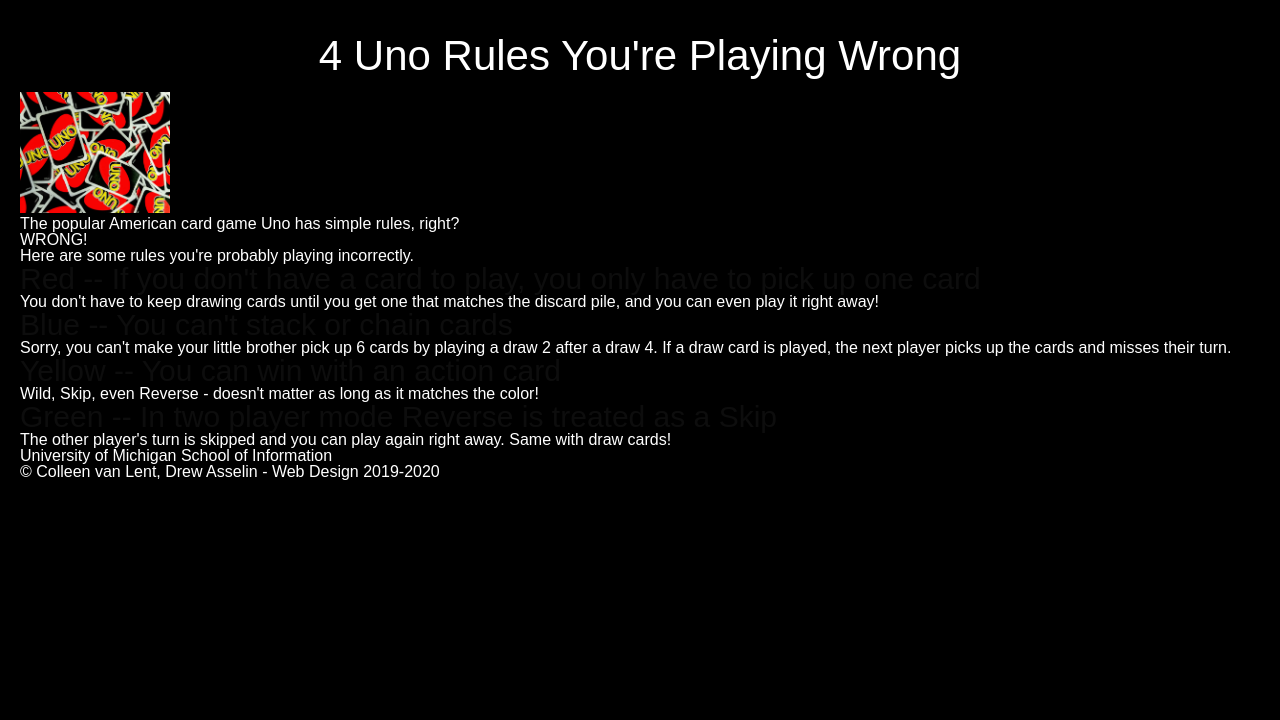
Repository: lulyany/hw2-2023
Page: index.html
The author's editor kept a copy of each file at every save. The page is drawn from the files as they stood at one save, then again after a run of saves.
The browser window is 1280 px wide. The pictures show the whole page.

Above is the page before, as saved 2023-09-18 22:13:21.

After the next 8 saves:
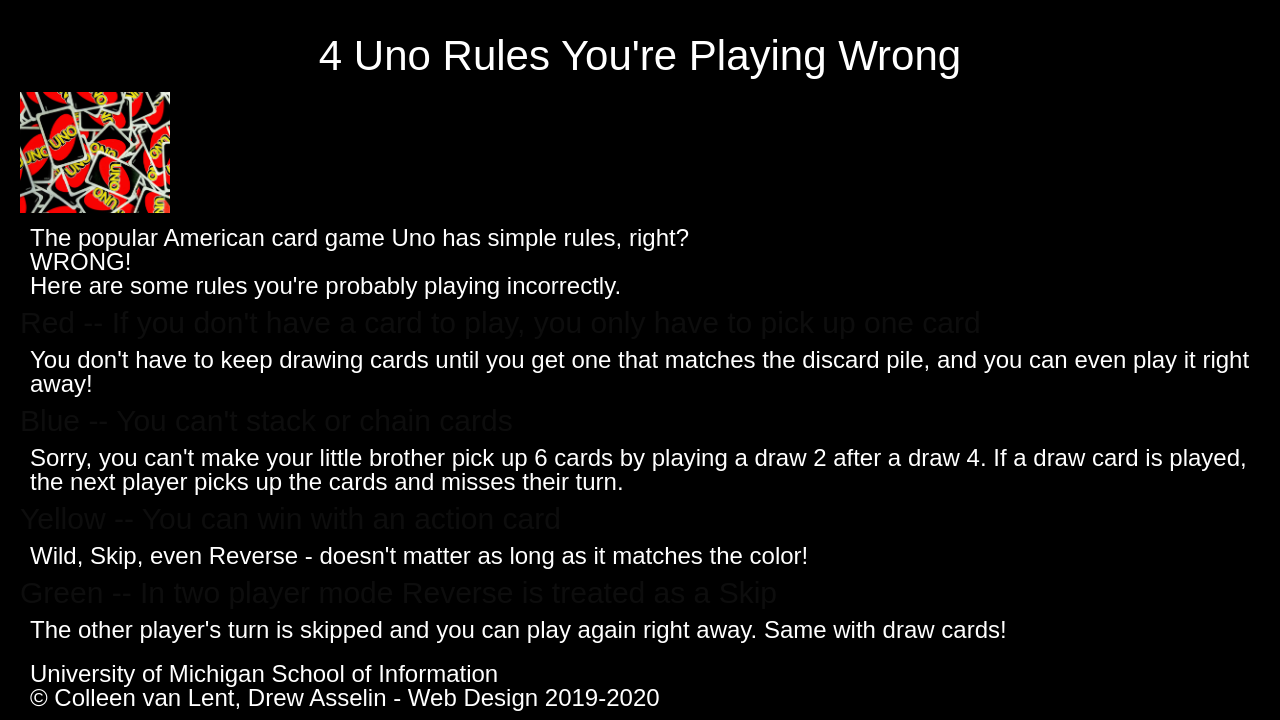
The 8 saves are shown as one change because they came seconds apart.
The last was saved 106 s later.
--- a/css/style.css
+++ b/css/style.css
@@ -15,3 +15,8 @@
     color: #0D0D0D;
     font-size: 30px;
 }
+
+p {
+    font-size: 24px;
+    padding: 10px;
+}
